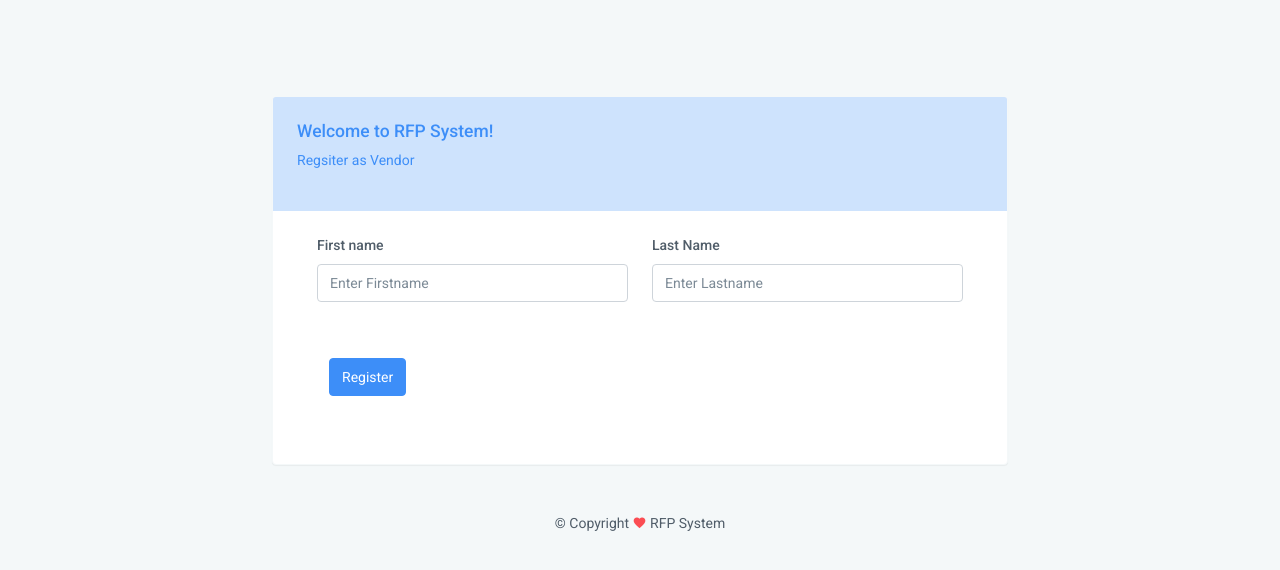
Repository: saurabhgithb/RFP-System
Page: register.html
The author's editor kept a copy of each file at every save. The page is drawn from the files as they stood at one save, then again after the next save.
The browser window is 1280 px wide. The pictures show the whole page.

Above is the page before, as saved 2023-01-04 14:29:40.

### register.html

<!doctype html>
<html lang="en">

    <head>

        <meta charset="utf-8" />
        <title>Login | RFP System</title>
        <meta name="viewport" content="width=device-width, initial-scale=1.0">
        <meta content="Premium Multipurpose Admin & Dashboard Template" name="description" />
        <meta content="Themesbrand" name="author" />
        <!-- App favicon -->
        <link rel="shortcut icon" href="assets/images/favicon.ico">

        <!-- Bootstrap Css -->
        <link href="assets/css/bootstrap.min.css" id="bootstrap-style" rel="stylesheet" type="text/css" />
        <!-- Icons Css -->
        <link href="assets/css/icons.min.css" rel="stylesheet" type="text/css" />
        <!-- App Css-->
        <link href="assets/css/app.min.css" id="app-style" rel="stylesheet" type="text/css" />

    </head>

    <body>
        <div class="home-btn d-none d-sm-block">
            <a href="index.html" class="text-dark"><i class="fas fa-home h2"></i></a>
        </div>
        <div class="account-pages my-5 pt-sm-5">
            <div class="container">
                <div class="row justify-content-center">
                    <div class="col-md-8 col-lg-6 col-xl-8">
                        <div class="card overflow-hidden">
                            <div class="bg-soft-primary">
                                <div class="row">
                                    <div class="col-12">
                                        <div class="text-primary p-4">
                                            <h5 class="text-primary">Welcome to RFP System!</h5>
                                            <p>Regsiter as Vendor</p>
                                        </div>
                                    </div>
                                </div>
                            </div>
                            <div class="card-body pt-0">
                                <div class="p-4">
                                    <form class="form-horizontal" action="">
                                        <div class="row">
                                            <div class="col-md-12 col-lg-6 col-xl-6">
                                                <div class="form-group">
                                                    <label for="firstname">First name</label>
                                                    <input type="text" class="form-control" id="firstname" placeholder="Enter Firstname">
                                                </div>
                                            </div>
                                            <div class="col-md-12 col-lg-6 col-xl-6">
                                                <div class="form-group">
                                                    <label for="lastname">Last Name</label>
                                                    <input type="text" class="form-control" id="lastname" placeholder="Enter Lastname">
                                                </div>
                                            </div>



                                            <div class="p-4 mt-3">
                                                <button class="btn btn-primary btn-block waves-effect waves-light" type="submit">Register</button>
                                            </div>
                                        </div>
                                    </form>
                                </div>
                            </div>
                        </div>
                        <div class="mt-5 text-center">
                            <div>
                                <p>&copy; Copyright <i class="mdi mdi-heart text-danger"></i> RFP System</p>
                            </div>
                        </div>
                    </div>
                </div>
            </div>
        </div>
    </body>
</html>

Loaded but not shown: assets/css/bootstrap.min.css (library); assets/css/icons.min.css (library); assets/css/app.min.css (library)

After the next save:
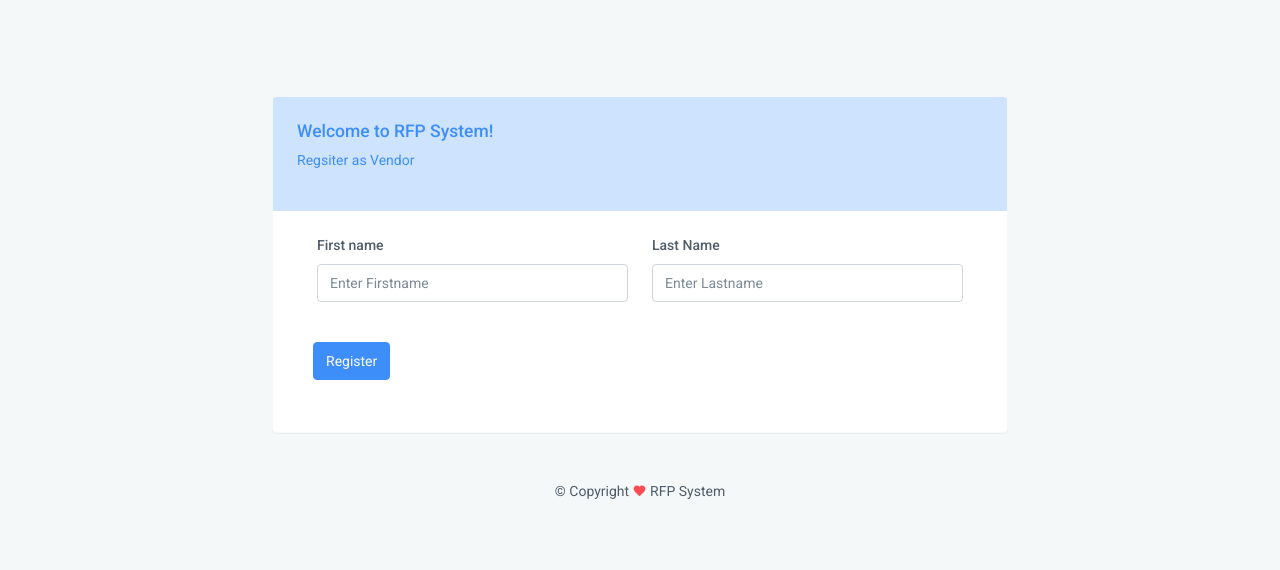
Saved 7 s later.
--- a/register.html
+++ b/register.html
@@ -59,7 +59,7 @@
 
 
 
-                                            <div class="p-4 mt-3">
+                                            <div class="p-2 mt-3">
                                                 <button class="btn btn-primary btn-block waves-effect waves-light" type="submit">Register</button>
                                             </div>
                                         </div>
